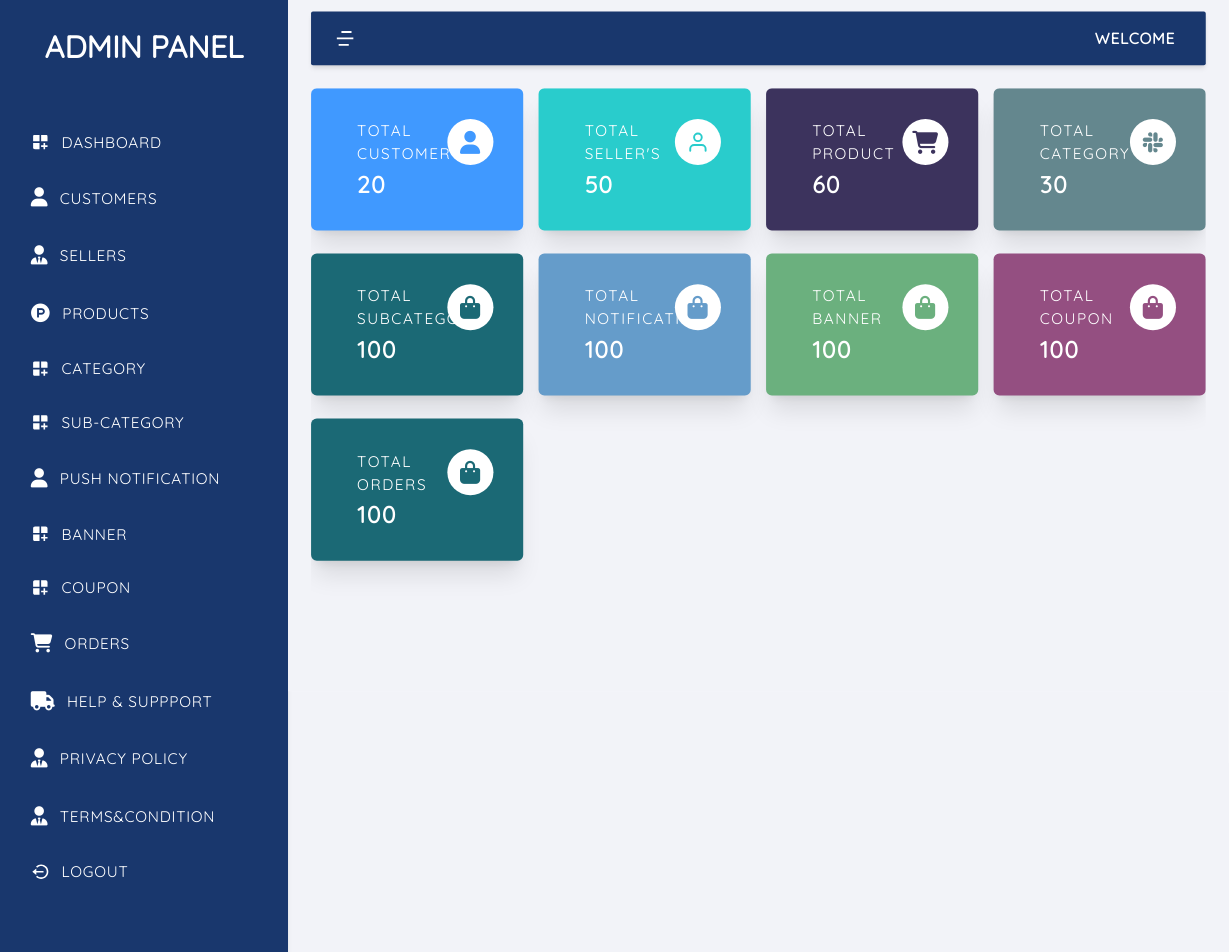
Repository: shishpal2000/admin.aschpro
Page: /dashboard
These files come from the project's save history. The page is drawn as it stood at one moment and after a run of saves; the edit follows.
The browser window is 1280 px wide. The pictures show the whole page, at 96% of full size.
Some web libraries are served in a nearby version. The project was rebuilt for these pictures with package versions that can differ from the ones it lists, and the page was loaded fresh each time. Also part of the build but not shown: src/E-CommerceAdmin/forms/Login.jsx, src/E-CommerceAdmin/pages/ECategory.js, src/E-CommerceAdmin/pages/EProduct.js, src/E-CommerceAdmin/pages/EVendorList.js, src/E-CommerceAdmin/pages/EAdminOrders.js, src/E-CommerceAdmin/pages/EAdminDelivery.js, src/E-CommerceAdmin/pages/EAdminCustomer.js, src/E-CommerceAdmin/pages/ESubCategory.js and 6 more. Imported but missing from the stored project, and not drawn on this page: src/E-CommerceAdmin/pages/Complaints, src/E-CommerceAdmin/pages/Component/SpinnerComp, src/E-CommerceAdmin/pages/EAdmin, src/E-CommerceAdmin/pages/EAdminProduct, src/E-CommerceAdmin/pages/ESingleProduct, src/E-CommerceAdmin/pages/GetMeThis, src/E-CommerceAdmin/pages/HelpSupport.

Above is the page before, as saved 2023-06-28 18:08:32.

After the next 2 saves:
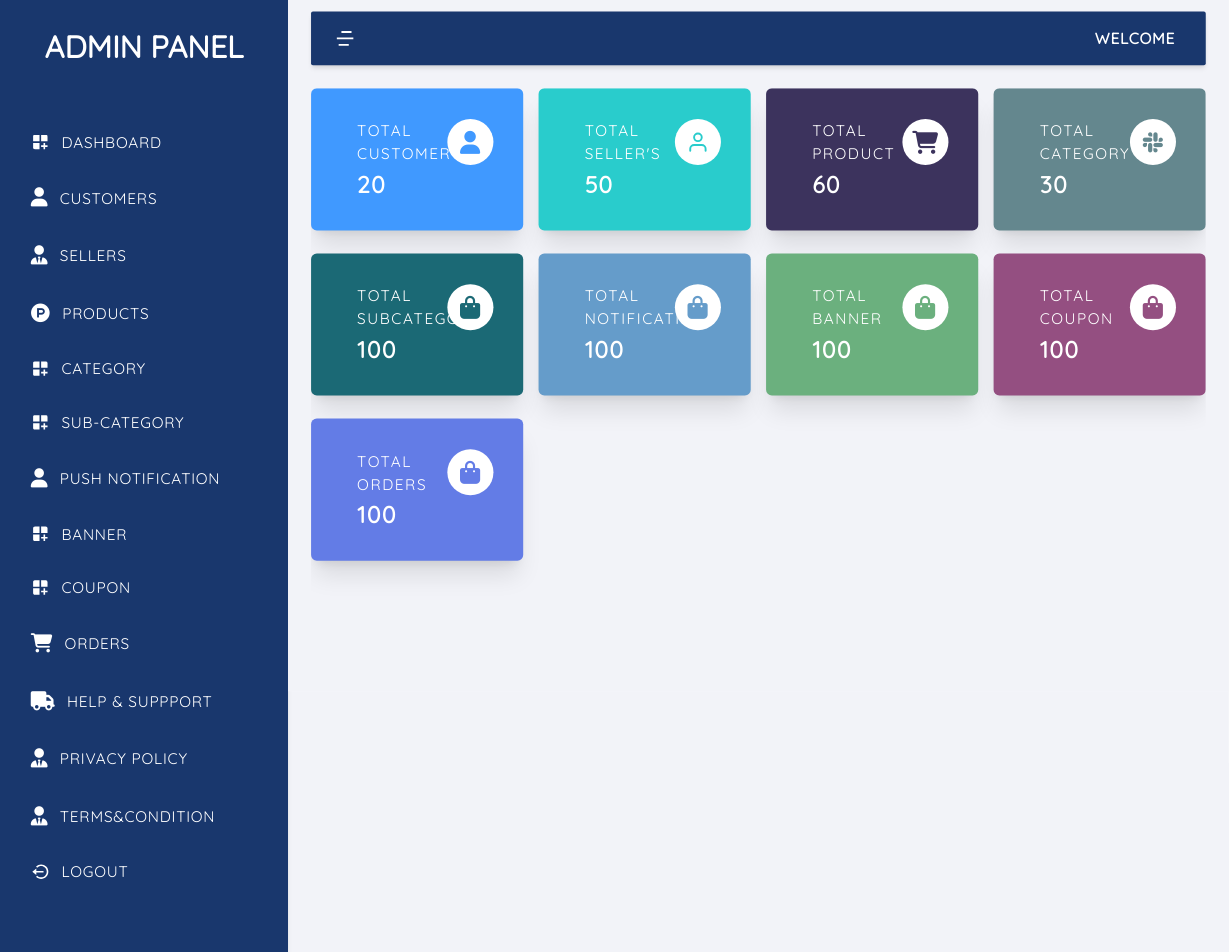
The 2 saves are shown as one change because they came seconds apart.
The last was saved 22 s later.
--- a/src/E-CommerceAdmin/pages/Dashboard.jsx
+++ b/src/E-CommerceAdmin/pages/Dashboard.jsx
@@ -94,9 +94,9 @@ const Dashboard = () => {
       title: "total Orders",
       number: 100,
       icon: (
-        <i className=" fa-solid fa-bag-shopping text-2xl text-[#1b6975]"></i>
+        <i className=" fa-solid fa-bag-shopping text-2xl text-[#637ce6]"></i>
       ),
-      bg: "#1b6975",
+      bg: "#637ce6",
       link: "/Orders",
     },
   ];
